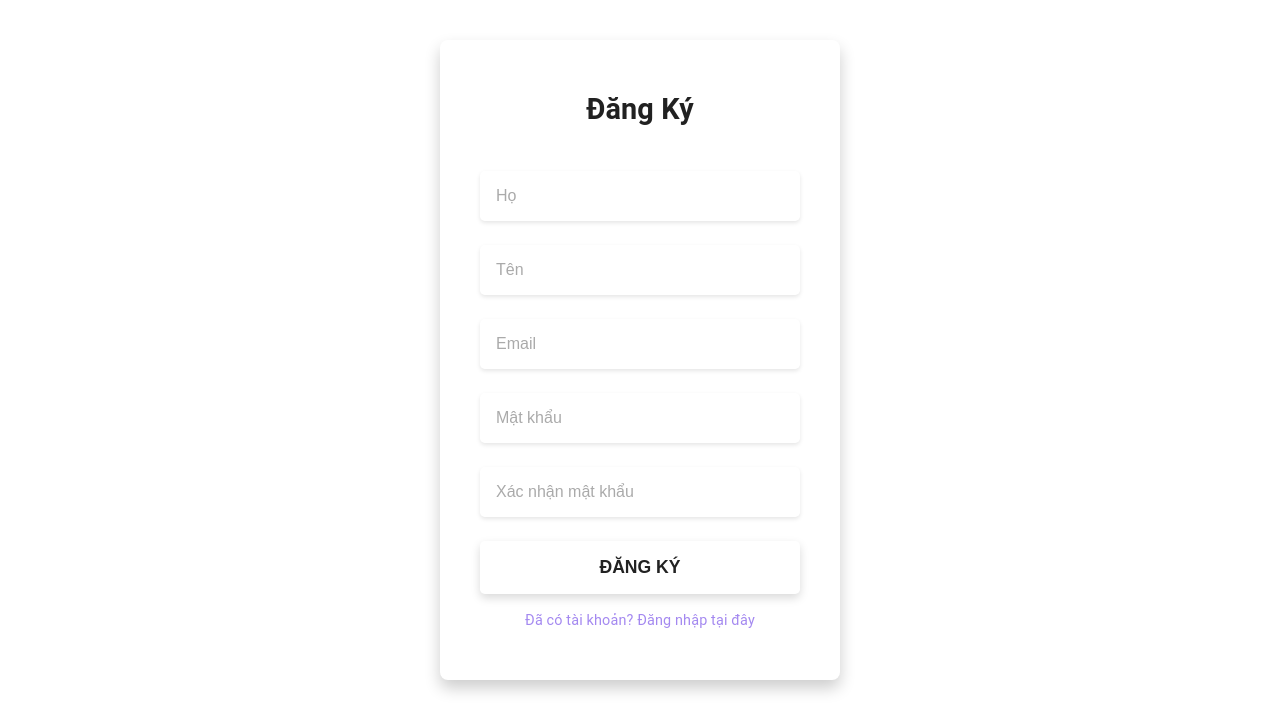
Repository: minhquang203/Homestay
Page: /register (app in client/)
These files come from the project's save history. The page is drawn as it stood at one moment and after the next save; the edit follows.
The browser window is 1280 px wide. The pictures show the whole page.
The project was rebuilt for these pictures with package versions that can differ from the ones it lists, and the page was loaded fresh each time. Also part of the build but not shown: client/src/styles/Footer.scss, client/src/components/Footer.jsx, client/src/styles/ListingCard.scss, client/src/components/ListingCard.jsx, client/src/styles/Loader.scss, client/src/components/Loader.jsx, client/src/styles/Navbar.scss, client/src/styles/variable.scss and 28 more.

Above is the page before, as saved 2025-04-03 23:02:53.

### client/public/index.html
<!DOCTYPE html>
<html lang="en">
  <head>
    <meta charset="utf-8" />
    <link rel="icon" href="%PUBLIC_URL%/favicon.ico" />
    <meta name="viewport" content="width=device-width, initial-scale=1" />
    <meta name="theme-color" content="#000000" />
    <meta
      name="description"
      content="Web site created using create-react-app"
    />
    <link rel="apple-touch-icon" href="%PUBLIC_URL%/logo192.png" />
    <link rel="manifest" href="%PUBLIC_URL%/manifest.json" />
    <link rel="preconnect" href="https://fonts.googleapis.com">
    <link rel="preconnect" href="https://fonts.gstatic.com" crossorigin>
    <link href="https://fonts.googleapis.com/css2?family=Nunito:ital,wght@0,200..1000;1,200..1000&display=swap" rel="stylesheet">
    <title>HomeStayMove</title>
  </head>
  <body>
    <div id="root"></div>

  </body>
</html>

### client/src/index.js
import { CssBaseline, ThemeProvider, createTheme } from "@mui/material"; // Thêm vào đây
import React from "react";
import ReactDOM from "react-dom/client";
import { Provider } from "react-redux";
import { PersistGate } from "redux-persist/integration/react";
import App from "./App";
import { persistor, store } from "./Redux/store";

// Tạo theme tùy chỉnh nếu cần thiết
const theme = createTheme({
  palette: {
    primary: {
      main: "#1976d2", // Màu chủ đạo
    },
    secondary: {
      main: "#dc004e", // Màu phụ
    },
  },
});

const root = ReactDOM.createRoot(document.getElementById("root"));
root.render(
  <React.StrictMode>
    <Provider store={store}>
      <PersistGate loading={null} persistor={persistor}>
        <ThemeProvider theme={theme}>
          <CssBaseline />
          <App />
        </ThemeProvider>
      </PersistGate>
    </Provider>
  </React.StrictMode>
);

### client/src/App.js
import { BrowserRouter, Route, Routes } from "react-router-dom";
import './App.css';
import CategoryPage from "./pages/CategoryPage";
import CreateListing from "./pages/CreateListing";
import HomePage from "./pages/HomePage";
import ListingDetails from "./pages/ListingDetails";
import LoginPage from "./pages/LoginPage";
import PaymentPage from "./pages/PaymentPage";
import Profile from "./pages/Profile";
import PropertyList from "./pages/PropertyList";
import RegisterPage from "./pages/RegisterPage";
import ReservationList from "./pages/ReservationList";
import SearchPage from "./pages/SearchPage";
import TripList from "./pages/TripsList";
import AboutUs from "./pages/Useful Links/AboutUs";
import TermsAndConditions from "./pages/Useful Links/TermsAndConditions";
import WishList from "./pages/WishList";

function App() {
  return (
    <div>
    <BrowserRouter>
      <Routes>
         <Route path="/" element={<HomePage/>}></Route>
         <Route path="/register" element={<RegisterPage/>}></Route>
         <Route path="/login" element={<LoginPage/>}></Route>
         <Route path="/profile" element={<Profile/>}></Route>
         <Route path="/create-listing" element={<CreateListing/>}></Route>
         <Route path="/properties/:listingId" element={<ListingDetails/>}></Route>
         <Route path="/properties/category/:category" element={<CategoryPage />} />
         <Route path="/properties/search/:search" element={<SearchPage />} />
         <Route path="/:userId/trips" element={<TripList />} />
         <Route path="/:userId/wishList" element={<WishList />} />
         <Route path="/:userId/properties" element={<PropertyList />} />
         <Route path="/:userId/reservations" element={<ReservationList />} />
         <Route path="/reservations" element={<ReservationList />} />
         <Route path="/about-us" element={<AboutUs />} />
         <Route path="/terms-and-conditions" element={<TermsAndConditions />} />
         <Route path="/payment" element={<PaymentPage />} />
      </Routes>
    </BrowserRouter>
    </div>
  );
}

export default App;

### client/src/Redux/store.js
// store.js
import { configureStore } from "@reduxjs/toolkit";
import {
  persistStore,
  persistReducer,
  FLUSH,
  REHYDRATE,
  PAUSE,
  PERSIST,
  PURGE,
  REGISTER,
} from "redux-persist";
import storage from "redux-persist/lib/storage";
import userReducer from "./state"; // Đảm bảo đúng đường dẫn đến state.js

// Cấu hình Redux Persist
const persistConfig = {
  key: "root", // Tên của key trong localStorage
  version: 1, // Phiên bản của state để khi có thay đổi sẽ cập nhật lại
  storage, // Chọn phương thức lưu trữ, có thể là localStorage hoặc sessionStorage
};

// Tạo persisted reducer từ userReducer
const persistedReducer = persistReducer(persistConfig, userReducer);

// Tạo store với persistedReducer
export const store = configureStore({
  reducer: persistedReducer, // Dùng persisted reducer để lưu trữ trạng thái người dùng
  middleware: (getDefaultMiddleware) =>
    getDefaultMiddleware({
      serializableCheck: {
        ignoredActions: [FLUSH, REHYDRATE, PAUSE, PERSIST, PURGE, REGISTER], // Bỏ qua các action không thể serialize
      },
    }),
});

// Khởi tạo persistor từ store
export const persistor = persistStore(store);

### client/src/App.css
* {
  margin: 0;
  padding: 0;
  box-sizing: border-box;
  font-family: 'Nunito'sans-serif;
}

### client/src/pages/RegisterPage.jsx
import React, { useEffect, useState } from "react";
import { useNavigate } from "react-router-dom";
import "../styles/Register.scss";

const RegisterPage = () => {
  const [formData, setFormData] = useState({
    firstName: "",
    lastName: "",
    email: "",
    password: "",
    confirmPassword: "",
  });

  const [passwordMatch, setPasswordMatch] = useState(true);
  const [errorMessage, setErrorMessage] = useState("");
  const [successMessage, setSuccessMessage] = useState(""); // Thông báo thành công
  const navigate = useNavigate();

  useEffect(() => {
    // Kiểm tra mật khẩu khớp
    setPasswordMatch(
      formData.password === formData.confirmPassword || formData.confirmPassword === ""
    );
  }, [formData.password, formData.confirmPassword]);

  const handleChange = (e) => {
    const { name, value } = e.target;
    setFormData({ ...formData, [name]: value });
  };

  // Đăng ký thông thường
  const handleSubmit = async (e) => {
    e.preventDefault();

    if (!passwordMatch) {
      setErrorMessage("Mật khẩu không khớp.");
      setSuccessMessage("");
      return;
    }

    try {
      const response = await fetch("http://localhost:3002/auth/register", {
        method: "POST",
        headers: {
          "Content-Type": "application/json",
        },
        body: JSON.stringify(formData),
      });

      const result = await response.json();

      if (response.ok) {
        setSuccessMessage(result.message || "Đăng ký thành công!");
        setErrorMessage("");
        navigate("/login");
      } else {
        setErrorMessage(result.message || "Đăng ký không thành công.");
        setSuccessMessage("");
      }
    } catch (error) {
      console.error("Lỗi trong quá trình đăng ký:", error);
      setErrorMessage("Có lỗi xảy ra trong quá trình đăng ký.");
      setSuccessMessage("");
    }
  };


  return (
    <div className="register">
      <div className="register__content">
        <form className="register__content__form" onSubmit={handleSubmit}>
          <h2>Đăng Ký</h2>
          <input
            placeholder="Họ"
            name="firstName"
            value={formData.firstName}
            onChange={handleChange}
            required
          />
          <input
            placeholder="Tên"
            name="lastName"
            value={formData.lastName}
            onChange={handleChange}
            required
          />
          <input
            placeholder="Email"
            name="email"
            type="email"
            value={formData.email}
            onChange={handleChange}
            required
          />
          <input
            placeholder="Mật khẩu"
            name="password"
            type="password"
            value={formData.password}
            onChange={handleChange}
            required
          />
          <input
            placeholder="Xác nhận mật khẩu"
            name="confirmPassword"
            type="password"
            value={formData.confirmPassword}
            onChange={handleChange}
            required
          />
          {!passwordMatch && <p style={{ color: "red" }}>Mật khẩu không khớp.</p>}
          {errorMessage && <p style={{ color: "red" }}>{errorMessage}</p>}
          {successMessage && <p style={{ color: "green" }}>{successMessage}</p>}

          <button type="submit" disabled={!passwordMatch}>
            ĐĂNG KÝ
          </button>
        </form>
        <a href="/login">Đã có tài khoản? Đăng nhập tại đây</a>
      </div>
    </div>
  );
};

export default RegisterPage;

### client/src/Redux/state.js
import { createSlice } from "@reduxjs/toolkit";

const initialState = {
  user: null, // Thông tin người dùng
  token: null, // Token đăng nhập
  payment : null,
};

export const userSlice = createSlice({
  name: "user",
  initialState,
  reducers: {
    // Đăng nhập thành công, lưu thông tin người dùng và token
    setLogin: (state, action) => {
      state.user = action.payload.user;
      state.token = action.payload.token;
    },
    // Đăng xuất, xóa thông tin người dùng và token
    setLogout: (state) => {
      state.user = null;
      state.token = null;
    },
    // Cập nhật thông tin người dùng
    setUserDetails: (state, action) => {
      if (state.user) {
        state.user = { ...state.user, ...action.payload };
      }
    },
    // Cập nhật danh sách properties
    setListings: (state, action) => {
      state.listings = action.payload.listings;
    },
    setTripList: (state, action) => {
      state.user.tripList = action.payload;
    },
    setWishList: (state, action) => {
      state.user.wishList = action.payload;
    },
    setPropertyList: (state, action) => {
      state.user.propertyList = action.payload;
    },
    setReservationList: (state, action) => {
      state.user.reservationList = action.payload;
    },
    setPayment: (state, action) => {
      state.payment = action.payload;
    },
    clearPayment: (state) => {
      state.payment = null;
    },
  },
});

// Export các action để sử dụng
export const {
  setLogin,
  setLogout,
  setUserDetails,
  setListings,
  setTripList,
  setWishList,
  setPropertyList,
  setReservationList,
  setPayment,
  clearPayment,
} = userSlice.actions;

// Export reducer để thêm vào store
export default userSlice.reducer;

### client/src/data.js
import { AiFillCar } from "react-icons/ai";
import {
  BiSolidDryer,
  BiSolidFirstAid,
  BiSolidFridge,
  BiSolidWasher,
  BiWifi,
  BiWorld,
} from "react-icons/bi";
import { BsFillDoorOpenFill, BsPersonWorkspace, BsSnow } from "react-icons/bs";
import {
  FaFireExtinguisher,
  FaKey,
  FaPumpSoap,
  FaShower,
  FaSkiing,
  FaUmbrellaBeach,
} from "react-icons/fa";
import { FaHouseUser, FaKitchenSet, FaPeopleRoof } from "react-icons/fa6";
import {
  GiBarbecue,
  GiBarn,
  GiBoatFishing,
  GiCactus,
  GiCampfire,
  GiCastle,
  GiCaveEntrance,
  GiCctvCamera,
  GiForestCamp,
  GiHeatHaze,
  GiIsland,
  GiToaster,
  GiWindmill,
} from "react-icons/gi";
import { IoDiamond } from "react-icons/io5";
import { MdBalcony, MdMicrowave, MdOutlineVilla, MdPets, MdYard } from "react-icons/md";
import {
  PiBathtubFill,
  PiCoatHangerFill,
  PiTelevisionFill,
} from "react-icons/pi";
import { TbBeach, TbIroning3, TbMountain, TbPool } from "react-icons/tb";

export const categories = [
  {
    label: "All",
    icon: <BiWorld />,
  },
  {
    img: "assets/beach_cat.jpg",
    label: "Beachfront",
    icon: <TbBeach />,
    description: "This property is close to the beach!",
  },
  {
    img: "assets/windmill_cat.webp",
    label: "Windmills",
    icon: <GiWindmill />,
    description: "This property is has windmills!",
  },
  {
    img: "assets/modern_cat.webp",
    label: "Iconic cities",
    icon: <MdOutlineVilla />,
    description: "This property is modern!",
  },
  {
    img: "assets/countryside_cat.webp",
    label: "Countryside",
    icon: <TbMountain />,
    description: "This property is in the countryside!",
  },
  {
    img: "assets/pool_cat.jpg",
    label: "Amazing Pools",
    icon: <TbPool />,
    description: "This is property has a beautiful pool!",
  },
  {
    img: "assets/island_cat.webp",
    label: "Islands",
    icon: <GiIsland />,
    description: "This property is on an island!",
  },
  {
    img: "assets/lake_cat.webp",
    label: "Lakefront",
    icon: <GiBoatFishing />,
    description: "This property is near a lake!",
  },
  {
    img: "assets/skiing_cat.jpg",
    label: "Ski-in/out",
    icon: <FaSkiing />,
    description: "This property has skiing activies!",
  },
  {
    img: "assets/castle_cat.webp",
    label: "Castles",
    icon: <GiCastle />,
    description: "This property is an ancient castle!",
  },
  {
    img: "assets/cave_cat.jpg",
    label: "Caves",
    icon: <GiCaveEntrance />,
    description: "This property is in a spooky cave!",
  },
  {
    img: "assets/camping_cat.jpg",
    label: "Camping",
    icon: <GiForestCamp />,
    description: "This property offers camping activities!",
  },
  {
    img: "assets/arctic_cat.webp",
    label: "Arctic",
    icon: <BsSnow />,
    description: "This property is in arctic environment!",
  },
  {
    img: "assets/desert_cat.webp",
    label: "Desert",
    icon: <GiCactus />,
    description: "This property is in the desert!",
  },
  {
    img: "assets/barn_cat.jpg",
    label: "Barns",
    icon: <GiBarn />,
    description: "This property is in a barn!",
  },
  {
    img: "assets/lux_cat.jpg",
    label: "Luxury",
    icon: <IoDiamond />,
    description: "This property is brand new and luxurious!",
  },
];

export const types = [
  {
    name: "An entire place",
    description: "Guests have the whole place to themselves",
    icon: <FaHouseUser />,
  },
  {
    name: "Room(s)",
    description:
      "Guests have their own room in a house, plus access to shared places",
    icon: <BsFillDoorOpenFill />,
  },
  {
    name: "A Shared Room",
    description:
      "Guests sleep in a room or common area that maybe shared with you or others",
    icon: <FaPeopleRoof />,
  },
];

export const facilities = [
  {
    name: "Bath tub",
    icon: <PiBathtubFill />,
  },
  {
    name: "Personal care products",
    icon: <FaPumpSoap />,
  },
  {
    name: "Outdoor shower",
    icon: <FaShower />,
  },
  {
    name: "Washer",
    icon: <BiSolidWasher />,
  },
  {
    name: "Dryer",
    icon: <BiSolidDryer />,
  },
  {
    name: "Hangers",
    icon: <PiCoatHangerFill />,
  },
  {
    name: "Iron",
    icon: <TbIroning3 />,
  },
  {
    name: "TV",
    icon: <PiTelevisionFill />,
  },
  {
    name: "Dedicated workspace",
    icon: <BsPersonWorkspace />
  },
  {
    name: "Air Conditioning",
    icon: <BsSnow />,
  },
  {
    name: "Heating",
    icon: <GiHeatHaze />,
  },
  {
    name: "Security cameras",
    icon: <GiCctvCamera />,
  },
  {
    name: "Fire extinguisher",
    icon: <FaFireExtinguisher />,
  },
  {
    name: "First Aid",
    icon: <BiSolidFirstAid />,
  },
  {
    name: "Wifi",
    icon: <BiWifi />,
  },
  {
    name: "Cooking set",
    icon: <FaKitchenSet />,
  },
  {
    name: "Refrigerator",
    icon: <BiSolidFridge />,
  },
  {
    name: "Microwave",
    icon: <MdMicrowave />,
  },
  {
    name: "Stove",
    icon: <GiToaster />,
  },
  {
    name: "Barbecue grill",
    icon: <GiBarbecue />,
  },
  {
    name: "Outdoor dining area",
    icon: <FaUmbrellaBeach />,
  },
  {
    name: "Private patio or Balcony",
    icon: <MdBalcony />,
  },
  {
    name: "Camp fire",
    icon: <GiCampfire />,
  },
  {
    name: "Garden",
    icon: <MdYard />,
  },
  {
    name: "Free parking",
    icon: <AiFillCar />,
  },
  {
    name: "Self check-in",
    icon: <FaKey />
  },
  {
    name: " Pet allowed",
    icon: <MdPets />
  }
];

### client/src/styles/Register.scss
@import "../styles/breakpoints.scss";
@import "../styles/variable.scss";


.register {
  display: flex;
  justify-content: center;
  align-items: center;
  height: 100vh;
  background: var(--background-gradient);
  font-family: var(--font-primary);
  padding: 1rem;

  &__content {
    background: var(--form-background);
    padding: 3rem 2.5rem;
    border-radius: 0.5rem;
    box-shadow: 0 8px 16px rgba(0, 0, 0, 0.2);
    max-width: 400px;
    width: 100%;
    text-align: center;
    &__form {
      display: flex;
      flex-direction: column;
      gap: 1.5rem;
      h2 {
        font-size: 1.8rem;
        margin-bottom: 1rem;
        color: var(--text-color);
      }

      input {
        padding: 1rem;
        border: 1px solid var(--input-border-color);
        border-radius: 0.3rem;
        font-size: 1rem;
        color: var(--text-color);
        background-color: var(--input-background);
        transition: border-color 0.3s ease, box-shadow 0.3s ease;
        box-shadow: 0 2px 4px rgba(0, 0, 0, 0.1);

        &:focus {
          border-color: var(--input-focus-border);
          box-shadow: 0 0 8px rgba(var(--input-focus-border), 0.3);
          outline: none;
        }


        &::placeholder {
          color: #aaa;
        }
      }

      button {
        padding: 1rem;
        background: var(--button-color);
        color: #222;
        font-weight: bold;
        font-size: 1.1rem;
        border: none;
        border-radius: 0.3rem;
        cursor: pointer;
        transition: background-color 0.3s, transform 0.2s ease;
        box-shadow: 0 4px 10px rgba(0, 0, 0, 0.15);

      &:hover {
        background-color: var(--button-hover);
        transform: translateY(-2px);
        box-shadow: 0 6px 12px rgba(0, 0, 0, 0.2);
      }

        &:active {
          transform: translateY(1px);
          box-shadow: none;
        }
      }
    }

    a {
      display: inline-block;
      margin-top: 1rem;
      color: $primary-color;
      text-decoration: none;
      font-size: 0.9rem;
      transition: color 0.3s ease, transform 0.2s;

      &:hover {
        color: $primary-hover;
        transform: scale(1.05);
      }
    }
  }
}

### client/src/styles/breakpoints.scss
  $breakpoints: (
    xs: 480px,
    sm: 768px,
    md: 992px,
    lg: 1200px,
    xl: 1400px
  );

  // Mixin media-query để dễ sử dụng các điểm ngắt
  @mixin media-query($size) {
    $breakpoint: map-get($breakpoints, $size);

    @if $breakpoint {
      @media (max-width: #{$breakpoint}) {
        @content;
      }
    } @else {
      @warn "Breakpoint '#{$size}' không tồn tại trong danh sách breakpoints!";
    }
  }
  @mixin sm {
    @media (max-width: map-get($breakpoints, "sm")) {
        @content;
    }
}

@mixin mm {
    @media (max-width: map-get($breakpoints, "mm")) {
        @content;
    }
}

@mixin md {
    @media (max-width: map-get($breakpoints, "md")) {
        @content;
    }
}

@mixin ml {
    @media (max-width: map-get($breakpoints, "ml")) {
        @content;
    }
}

@mixin lg {
    @media (max-width: map-get($breakpoints, "lg")) {
        @content;
    }
}

@mixin xl {
    @media (max-width: map-get($breakpoints, "xl")) {
        @content;
    }
}

  // Mixin để tạo kiểu cho button
  @mixin buttonStyle {
    padding: 10px 15px;
    background-color: $pinkred;
    border: none;
    font-size: 20px;
    font-weight: 600;
    cursor: pointer;
    transform: 0.3s ease;
    color: white;
    border-radius: 10px;
  }
  // Mixin flex-center để căn giữa các phần tử theo cả chiều ngang và dọc
@mixin flex-center {
  display: flex;
  justify-content: center;
  align-items: center;
}

After the next save:
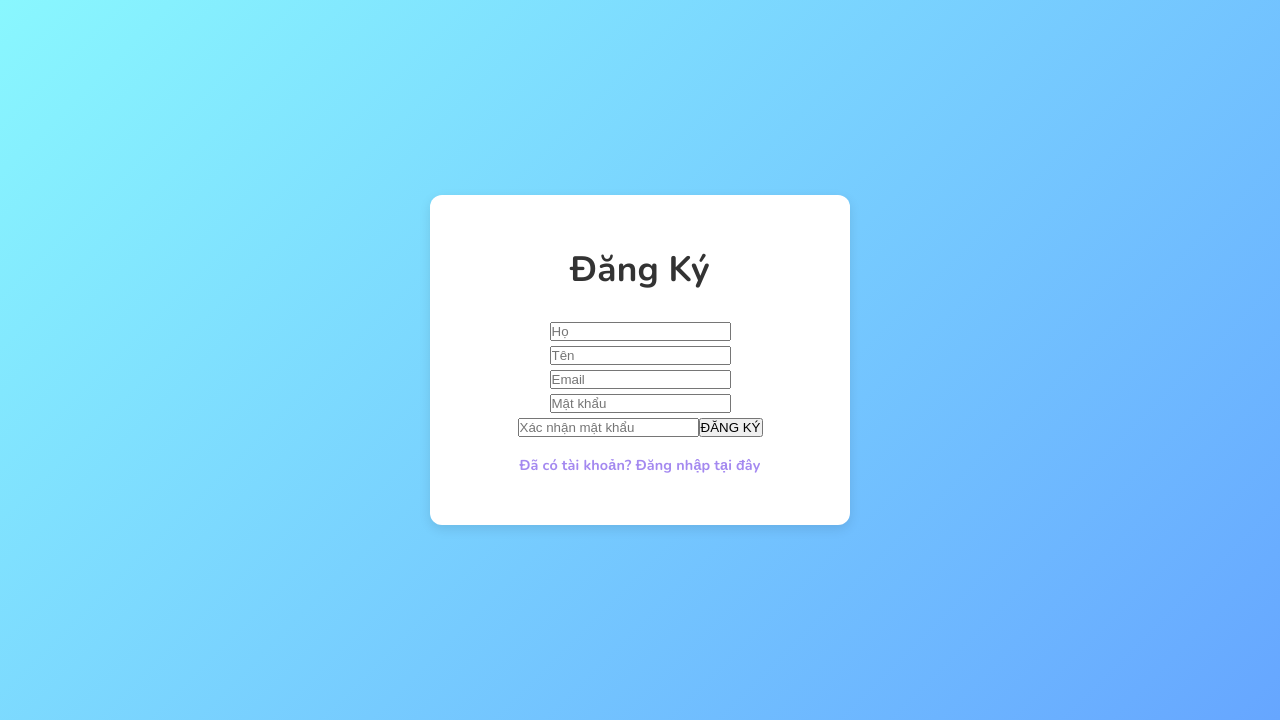
Saved 110 s later.
--- a/client/src/styles/Register.scss
+++ b/client/src/styles/Register.scss
@@ -1,73 +1,73 @@
-@import "../styles/breakpoints.scss";
 @import "../styles/variable.scss";
-
 
 .register {
   display: flex;
   justify-content: center;
   align-items: center;
   height: 100vh;
-  background: var(--background-gradient);
-  font-family: var(--font-primary);
+  background: linear-gradient(135deg, #89f7fe, #66a6ff); /* Gradient nền khác */
+  font-family: $font-primary;
   padding: 1rem;
 
   &__content {
-    background: var(--form-background);
+    background: $form-background;
     padding: 3rem 2.5rem;
-    border-radius: 0.5rem;
-    box-shadow: 0 8px 16px rgba(0, 0, 0, 0.2);
-    max-width: 400px;
+    border-radius: $border-radius-large;
+    box-shadow: $box-shadow-large;
+    max-width: 420px;
     width: 100%;
     text-align: center;
-    &__form {
+    animation: fadeIn $transition-slow;
+
+    h2 {
+      font-size: 2.2rem; /* Lớn hơn login */
+      margin-bottom: 1.5rem;
+      color: $text-color;
+      font-weight: bold;
+    }
+
+    .register__form {
       display: flex;
       flex-direction: column;
       gap: 1.5rem;
-      h2 {
-        font-size: 1.8rem;
-        margin-bottom: 1rem;
-        color: var(--text-color);
-      }
 
       input {
         padding: 1rem;
-        border: 1px solid var(--input-border-color);
-        border-radius: 0.3rem;
+        border: 1px solid $input-border-color;
+        border-radius: $border-radius;
         font-size: 1rem;
-        color: var(--text-color);
-        background-color: var(--input-background);
-        transition: border-color 0.3s ease, box-shadow 0.3s ease;
-        box-shadow: 0 2px 4px rgba(0, 0, 0, 0.1);
+        color: $text-color;
+        background-color: $form-background;
+        transition: all $transition-fast;
+        box-shadow: $box-shadow-small;
 
         &:focus {
-          border-color: var(--input-focus-border);
-          box-shadow: 0 0 8px rgba(var(--input-focus-border), 0.3);
+          border-color: $input-focus-border;
+          box-shadow: 0 0 10px rgba($input-focus-border, 0.4);
           outline: none;
         }
 
-
         &::placeholder {
-          color: #aaa;
+          color: $grey;
         }
       }
 
       button {
         padding: 1rem;
-        background: var(--button-color);
-        color: #222;
+        background: linear-gradient(90deg, #66a6ff, #89f7fe); /* Gradient nút khác */
+        color: #fff;
         font-weight: bold;
         font-size: 1.1rem;
         border: none;
-        border-radius: 0.3rem;
+        border-radius: $border-radius;
         cursor: pointer;
-        transition: background-color 0.3s, transform 0.2s ease;
-        box-shadow: 0 4px 10px rgba(0, 0, 0, 0.15);
+        transition: all $transition-fast;
+        box-shadow: 0 4px 12px rgba(0, 0, 0, 0.2);
 
-      &:hover {
-        background-color: var(--button-hover);
-        transform: translateY(-2px);
-        box-shadow: 0 6px 12px rgba(0, 0, 0, 0.2);
-      }
+        &:hover {
+          transform: translateY(-2px);
+          box-shadow: 0 6px 16px rgba(0, 0, 0, 0.3);
+        }
 
         &:active {
           transform: translateY(1px);
@@ -76,18 +76,56 @@
       }
     }
 
+    .register__divider {
+      margin: 1.5rem 0;
+      font-size: 0.9rem;
+      color: $grey;
+      position: relative;
+
+      &::before,
+      &::after {
+        content: "";
+        position: absolute;
+        top: 50%;
+        width: 40%;
+        height: 1px;
+        background: $grey;
+      }
+
+      &::before {
+        left: 0;
+      }
+
+      &::after {
+        right: 0;
+      }
+    }
+
     a {
       display: inline-block;
       margin-top: 1rem;
-      color: $primary-color;
+      color: $link-color;
       text-decoration: none;
       font-size: 0.9rem;
-      transition: color 0.3s ease, transform 0.2s;
+      font-weight: bold;
+      transition: color $transition-fast, transform 0.2s;
 
       &:hover {
-        color: $primary-hover;
+        color: $link-hover;
         transform: scale(1.05);
       }
     }
   }
+
+  /* Hiệu ứng */
+  @keyframes fadeIn {
+    0% {
+      opacity: 0;
+      transform: translateY(-20px);
+    }
+    100% {
+      opacity: 1;
+      transform: translateY(0);
+    }
+  }
 }
